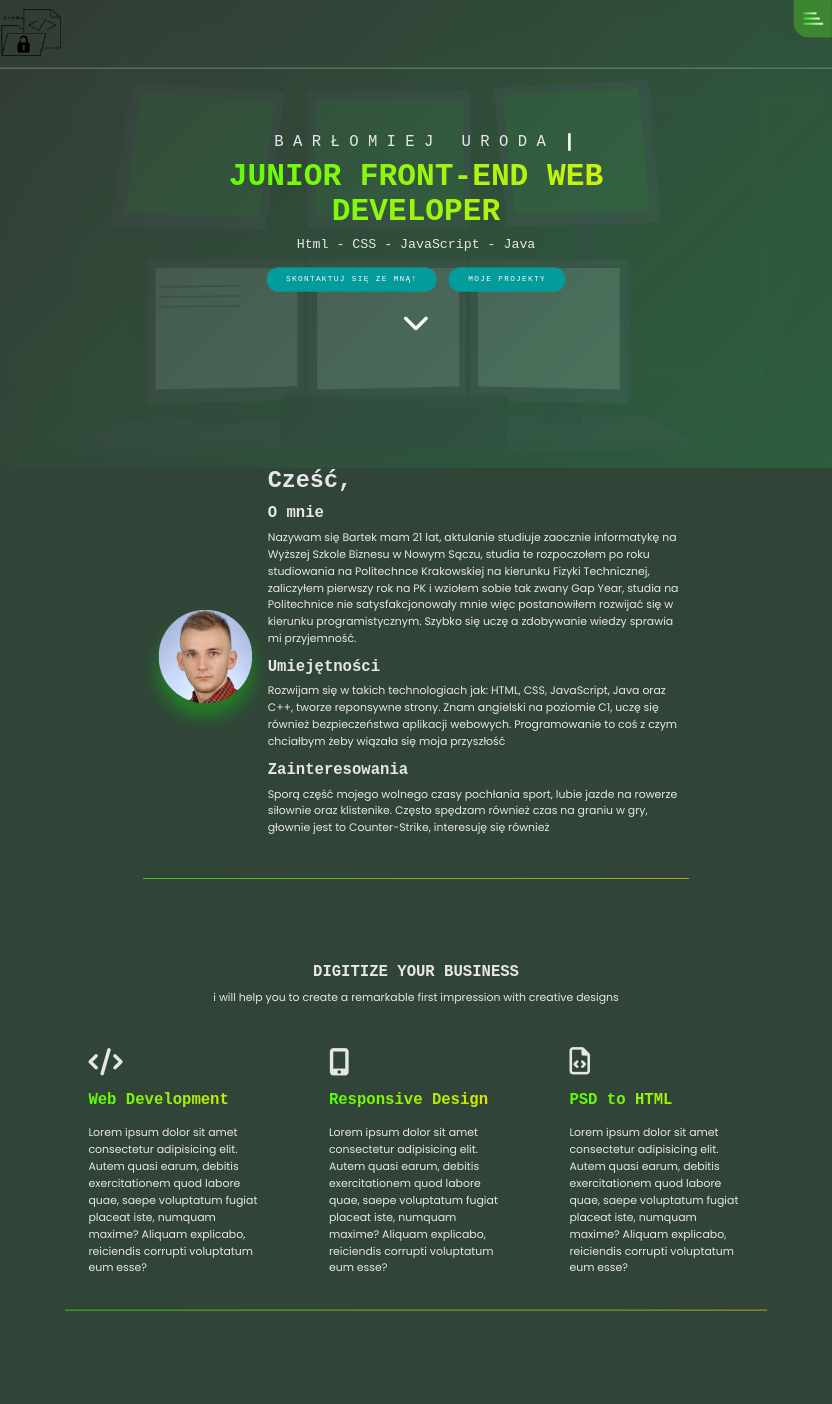
Repository: BartekUroda/portfolio
Page: index.html
An editor plug-in stored every save of this project. The page is shown before and after the next save, followed by the edit.
The browser window is 1280 px wide. The pictures show the whole page, at 65% of full size.
Some web fonts or font styles are not loaded; a fallback is used. Some web libraries are served in a nearby version.

Above is the page before, as saved 2020-10-27 21:13:47.

After the next save:
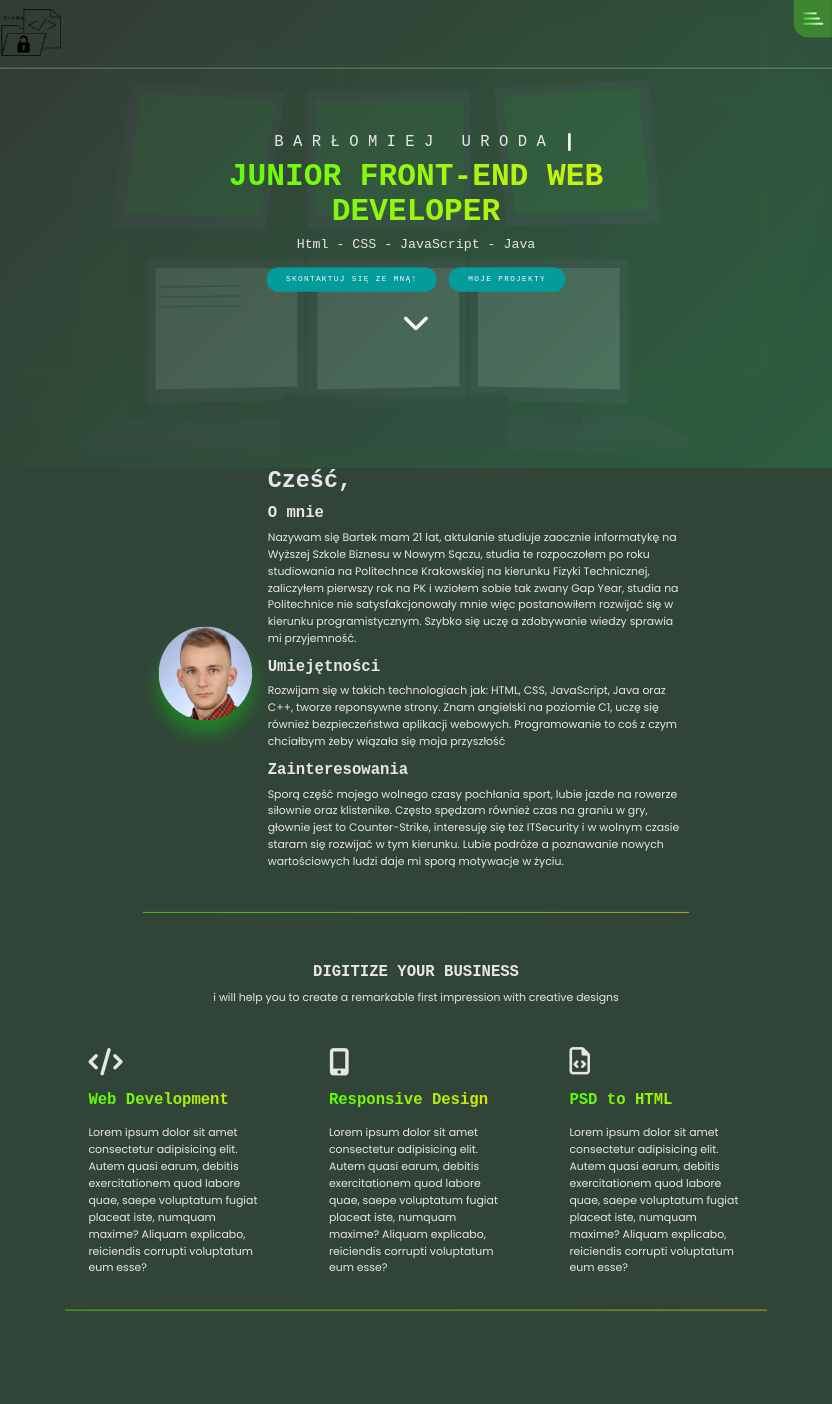
Saved 96 s later.
--- a/index.html
+++ b/index.html
@@ -113,7 +113,9 @@
             <h3>Zainteresowania</h3>
             <p>
               Sporą część mojego wolnego czasy pochłania sport, lubie jazde na rowerze siłownie oraz klistenike.
-              Często spędzam również czas na graniu w gry, głownie jest to Counter-Strike, interesuję się również
+              Często spędzam również czas na graniu w gry, głownie jest to Counter-Strike, interesuję się też ITSecurity
+              i w wolnym czasie staram się rozwijać w tym kierunku. Lubie podróże a poznawanie nowych
+              wartościowych ludzi daje mi sporą motywacje w życiu.
             </p>
           </div>
         </div>
